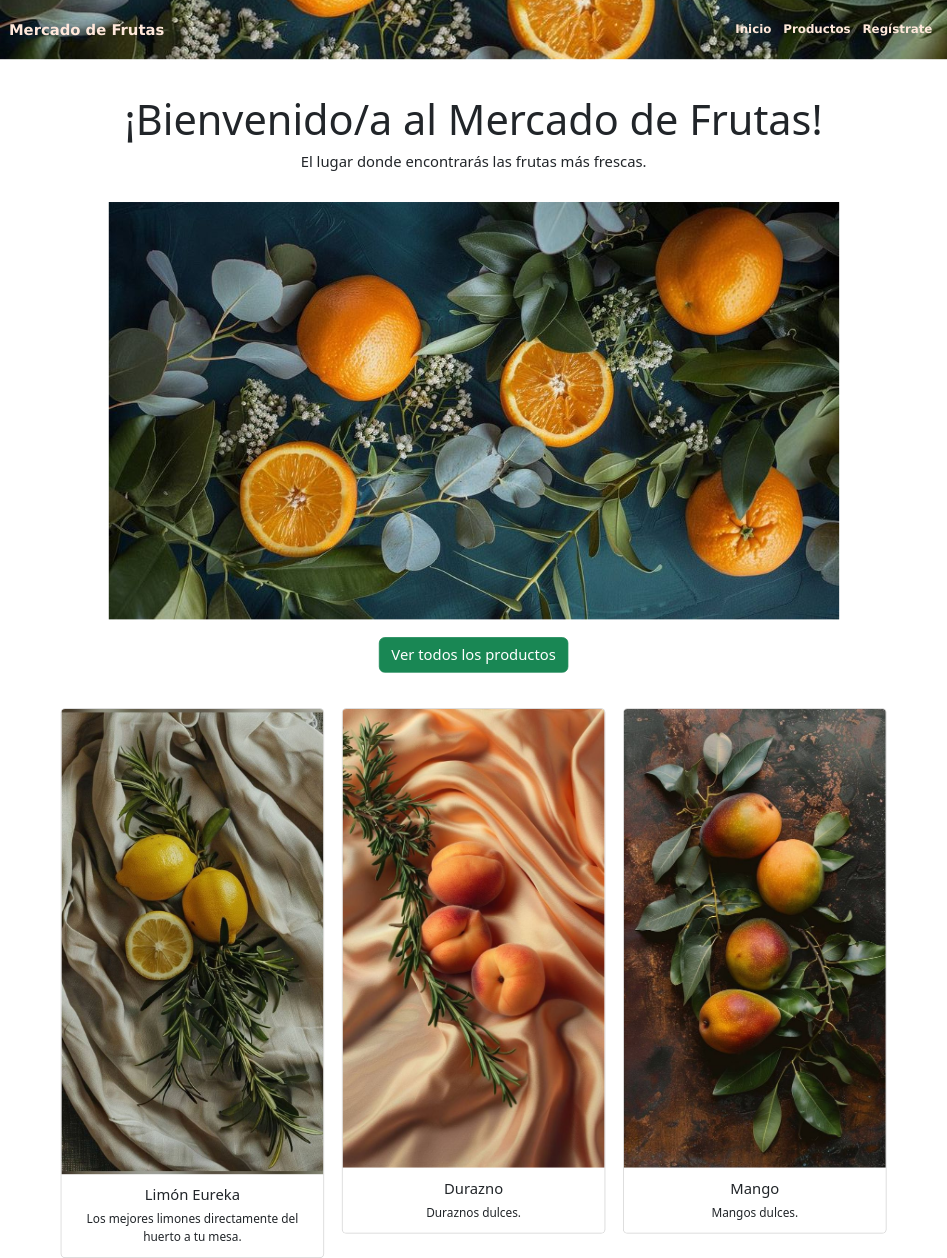
Repository: aandreaamaya/DiU2025-1
Page: http://localhost/
An editor plug-in stored every save of this project. The page is shown before and after the next save, followed by the edit.
The browser window is 1280 px wide. The pictures show the whole page, at 74% of full size.
The page is served by the project's application, run on Django 5.2 (Clase 9/proyecto_ejemplo_clase_7/manage.py). Other server files are loaded and not shown.

Above is the page before, as saved 2024-10-09 14:59:51.

### Clase 9/proyecto_ejemplo_clase_7/templates/inicio.html
{% extends 'base.html' %}
{% load static %}

{% block content %}
<!-- Navbar -->
{% include 'navbar.html' %}

<div class="container text-center">
    <h1 class="display-4 mt-5">¡Bienvenido/a al Mercado de Frutas!</h1>
    <p class="lead">El lugar donde encontrarás las frutas más frescas.</p>

    <!-- Banner de frutas -->
    <img src="{% static 'img/fondo.jpg' %}" alt="Frutas frescas" class="img-fluid my-4">

    <!-- Botón para ver productos -->
    <a href="{% url 'lista_productos' %}" class="btn btn-success btn-lg">Ver todos los productos</a>

    <!-- Sección de destacados -->
    <div class="row mt-5">
        <div class="col-md-4">
            <div class="card">
                <img src="{% static 'img/limones.jpg' %}" class="card-img-top" alt="Manzana">
                <div class="card-body">
                    <h5 class="card-title">Limón Eureka</h5>
                    <p class="card-text">Los mejores limones directamente del huerto a tu mesa.</p>
                </div>
            </div>
        </div>
        <div class="col-md-4">
            <div class="card">
                <img src="{% static 'img/duraznos.jpg' %}" class="card-img-top" alt="Naranjas">
                <div class="card-body">
                    <h5 class="card-title">Durazno</h5>
                    <p class="card-text">Duraznos dulces.</p>
                </div>
            </div>
        </div>
        <div class="col-md-4">
            <div class="card">
                <img src="{% static 'img/mangos.jpg' %}" class="card-img-top" alt="Bananas">
                <div class="card-body">
                    <h5 class="card-title">Mango</h5>
                    <p class="card-text">Mangos dulces.</p>
                </div>
            </div>
        </div>
    </div>
</div>
{% endblock %}

### Clase 9/proyecto_ejemplo_clase_7/templates/base.html
{% load static %}
<!DOCTYPE html>
<html lang="es">
<head>
    <meta charset="UTF-8">
    <meta name="viewport" content="width=device-width, initial-scale=1.0">
    <title>Mercado de Frutas</title>
    <link rel="stylesheet" href="{% static 'css/navbar.css' %}">
    <link href="https://cdn.jsdelivr.net/npm/bootstrap@5.3.0/dist/css/bootstrap.min.css" rel="stylesheet">
</head>
<body>
    {% block content %}

    {% endblock %}
    <script src="https://cdn.jsdelivr.net/npm/bootstrap@5.3.0/dist/js/bootstrap.bundle.min.js"></script>
</body>
</html>

### Clase 9/proyecto_ejemplo_clase_7/templates/navbar.html
<nav class="navbar navbar-expand-lg navbar-light bg-banner">
    <div class="container-fluid">
        <a class="navbar-brand" href="{% url 'inicio' %}">Mercado de Frutas</a>
        <button class="navbar-toggler" type="button" data-bs-toggle="collapse" data-bs-target="#navbarNav" aria-controls="navbarNav" aria-expanded="false" aria-label="Toggle navigation">
            <span class="navbar-toggler-icon"></span>
        </button>
        <div class="collapse navbar-collapse" id="navbarNav">
            <ul class="navbar-nav ms-auto">
                <li class="nav-item">
                    <a class="nav-link active" aria-current="page" href="{% url 'inicio' %}">Inicio</a>
                </li>
                <li class="nav-item">
                    <a class="nav-link" href="{% url 'lista_productos' %}">Productos</a>
                </li>
                <li class="nav-item">
                    <a class="nav-link" href="#">Regístrate</a>
                </li>
                <li class="nav-item">
                </li>
            </ul>
        </div>
    </div>
</nav>

### Clase 9/proyecto_ejemplo_clase_7/aplicacion_clase_7/views.py
from django.shortcuts import render
from django.http import HttpResponse
from django.views import View
from .models import Producto

def lista_productos(request):
    productos = Producto.objects.all()  # Obtener todos los productos
    return render(request, 'lista_productos.html', {'productos': productos})
# Create your views here.
def inicio(request):
    return render(request, 'inicio.html')

def saludo(resquest):
    return HttpResponse("Holaa (:")

class HolaMundoView(View):
    def get(self, reequest):
        return HttpResponse("Hola, esto es una vista bsada en clases :D")

def hola_mundo(request):
    contexto = {'mensaje': 'HOLA'}
    return render(request, 'hola_mundo.html', contexto)

### Clase 9/proyecto_ejemplo_clase_7/proyecto_ejemplo_clase_7/urls.py
"""
URL configuration for proyecto_ejemplo_clase_7 project.

The `urlpatterns` list routes URLs to views. For more information please see:
    https://docs.djangoproject.com/en/5.0/topics/http/urls/
Examples:
Function views
    1. Add an import:  from my_app import views
    2. Add a URL to urlpatterns:  path('', views.home, name='home')
Class-based views
    1. Add an import:  from other_app.views import Home
    2. Add a URL to urlpatterns:  path('', Home.as_view(), name='home')
Including another URLconf
    1. Import the include() function: from django.urls import include, path
    2. Add a URL to urlpatterns:  path('blog/', include('blog.urls'))
"""
from django.contrib import admin
from django.urls import include, path

urlpatterns = [
    path('admin/', admin.site.urls),
    path('', include('aplicacion_clase_7.urls')),
]

### Clase 9/proyecto_ejemplo_clase_7/aplicacion_clase_7/urls.py
from django.urls import path
from . import views
from .views import HolaMundoView
from .views import lista_productos

urlpatterns = [
    path('saludo/', views.saludo, name='saludo'),
    path('hola-clase/', HolaMundoView.as_view(), name='hola_clase'),
    path('hola/', views.hola_mundo, name='hola_mundo'),
    path('productos/', lista_productos, name = 'lista_productos'),
    path('', views.inicio, name='inicio'),
]

### Clase 9/proyecto_ejemplo_clase_7/aplicacion_clase_7/static/css/navbar.css
.bg-banner {
    background-image: url('/static/img/fondo.jpg');
    background-size: cover;
    background-position: center;
    background-repeat: no-repeat;
    height: 80px;
    display: flex;
    align-items: center;
}



.navbar .navbar-brand, .navbar-nav .nav-link {
    color: rgb(255, 232, 219) !important; /* Cambiar color del texto a blanco */
    font-weight: bold;
    font-family: 'Lucida Sans', 'Lucida Sans Regular', 'Lucida Grande', 'Lucida Sans Unicode', Geneva, Verdana, sans-serif;
}

.navbar .navbar-brand:hover, .navbar-nav .nav-link:hover {
    color: #ffeeba !important; /* Cambiar el color al pasar el cursor */
}

After the next save:
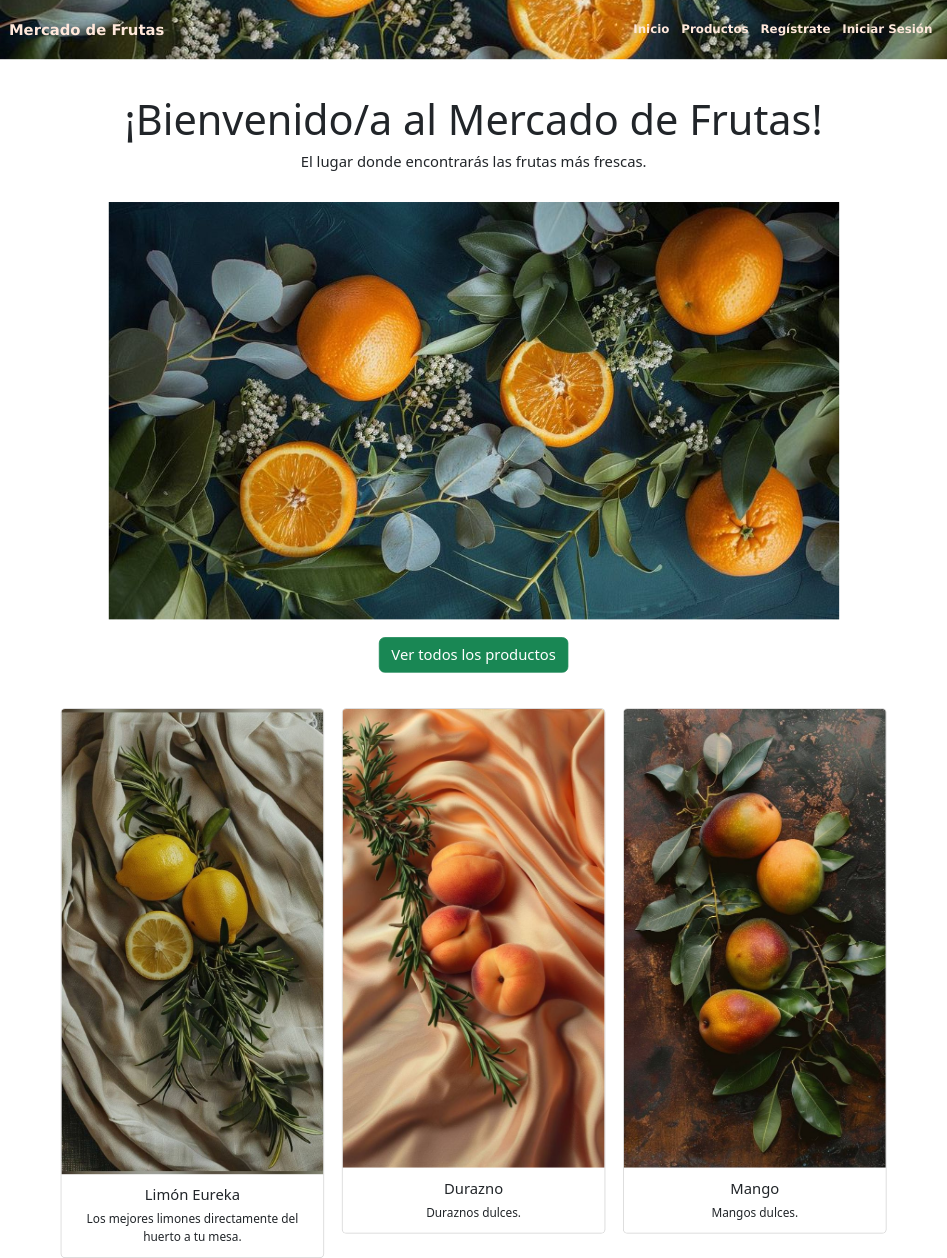
Saved 2 min 41 s later.
--- a/Clase 9/proyecto_ejemplo_clase_7/templates/navbar.html
+++ b/Clase 9/proyecto_ejemplo_clase_7/templates/navbar.html
@@ -16,6 +16,7 @@
                     <a class="nav-link" href="#">Regístrate</a>
                 </li>
                 <li class="nav-item">
+                    <a class="nav-link" href="#">Iniciar Sesión</a>
                 </li>
             </ul>
         </div>
